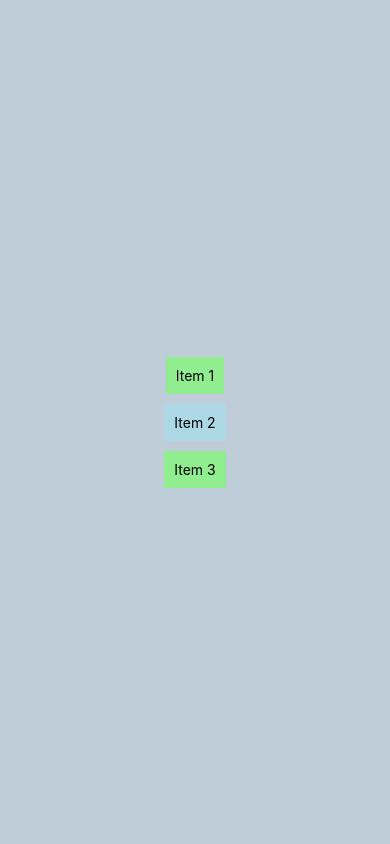
Repository: Deyvid-Kasteh/LotofacilApp
Screen: /
An editor plug-in stored every save of this project. The screen is shown before and after a run of saves, followed by the edit.
The app was drawn by React Native's web renderer in a window 390 px wide. The project was rebuilt for these pictures with package versions that can differ from the ones it lists, and the page was loaded fresh each time.

Above is the screen before, as saved 2023-11-27 07:33:30.

### App.js
import { StatusBar } from 'expo-status-bar';
import { Text, View } from 'react-native';
import MainPage from './pages/MainPage';

export default function App() {
  return (
    <MainPage/>
  );
}

### pages/MainPage.js
import { View, Text } from 'react-native'
import React from 'react'
import { StatusBar } from "expo-status-bar";
import Resultado from '../components/Resultado';
import PaginaTesteee from '../paginaTESTE';

const MainPage = () => {
  return (
    <View
      style={{
        flex: 1,
        alignItems: "center",
        justifyContent: "center",
        backgroundColor: "#BFCDD9",
        // backgroundColor: "#E9ECF2",
      }}
    >
      <StatusBar style="auto" />
      {/* <Text>Lotofácil</Text> */}
      {/* <Resultado /> */}
      <PaginaTesteee/>
    </View>
  );
}

export default MainPage

### paginaTESTE.js
import React, { useState } from 'react';
import { View, TouchableOpacity, Text, StyleSheet } from 'react-native';

const PaginaTesteee = () => {
  const [viewHeight, setViewHeight] = useState(50);

  const toggleHeight = () => {
    const newHeight = viewHeight === 50 ? 200 : 50;
    setViewHeight(newHeight);
  };

  const renderText = () => {
    if (viewHeight === 50) {
      return <Text>Texto de 1 linha</Text>;
    } else {
      return (
        <Text>
          Texto de 6 linhas
          {"\n"}Linha 2{"\n"}Linha 3{"\n"}Linha 4{"\n"}Linha 5{"\n"}Linha 6
        </Text>
      );
    }
  };



const data = [
  { id: 1, value: "Item 1" },
  { id: 2, value: "Item 2" },
  { id: 3, value: "Item 3" },
  // ... mais objetos de dados
];

return (
  <View style={styles.container}>
    {data.map((item) => {
      let dynamicStyle = {};
      if (item.id % 2 === 0) {
        dynamicStyle.backgroundColor = "lightblue";
      } else {
        dynamicStyle.backgroundColor = "lightgreen";
      }

      return (
        <View key={item.id} style={[styles.item, dynamicStyle]}>
          <Text>{item.value}</Text>
        </View>
      );
    })}
  </View>
);

  // return (
  //   <View style={styles.container}>
  //     {/* A View cuja altura queremos modificar */}
  //     <View style={[styles.box, { height: viewHeight }]}>{renderText()}</View>

  //     {/* Botão fixo na parte inferior da tela */}
  //     <TouchableOpacity style={styles.button} onPress={toggleHeight}>
  //       <Text>Toggle Altura</Text>
  //     </TouchableOpacity>
  //   </View>
  // );
};

// const styles = StyleSheet.create({
//   container: {
//     flex: 1,
//     justifyContent: "flex-end", // Alinha a View na parte inferior da tela
//     alignItems: "center",
//   },
//   box: {
//     width: 300,
//     backgroundColor: "blue",
//     padding: 10, // Adiciona algum espaço interno para o texto
//   },
//   button: {
//     marginTop: 20,
//     padding: 10,
//     backgroundColor: "green",
//   },
// });

const styles = StyleSheet.create({
  container: {
    flex: 1,
    justifyContent: "center",
    alignItems: "center",
  },
  item: {
    padding: 10,
    margin: 5,
  },
});








export default PaginaTesteee;

### components/Resultado.js
import { View, Text, TouchableOpacity } from "react-native";
import React, { useState } from "react";
import Bubble from "./Bubble";
import latestJson from "../Latest.json";

const Resultado = () => {
  const [viewHeight, setViewHeight] = useState(50);
  const toggleHeight = () => {
    const newHeight = viewHeight === 50 ? 200 : 50;
    setViewHeight(newHeight);
    console.log("mudou");
  };

  const dezenas = latestJson.Dezenas;
  const dezenasParaEscolher = [
    1, 2, 3, 4, 5, 6, 7, 8, 9, 10, 11, 12, 13, 14, 15, 16, 17, 18, 19, 20, 21,
    22, 23, 24, 25,
  ];

  const changeStyle = () => {
    console.log(latestJson.Dezenas);
  };

  const renderFazerJogo = () => {
    if (viewHeight === 50) {
    } else {
      return (
        <View
          style={{
            flexWrap: "wrap",
            flexDirection: "row",
            alignContent: "center",
            justifyContent: "space-evenly",
          }}
        >
          {dezenasParaEscolher.map((numero, index) => {







            <TouchableOpacity key={index} onPress={() => {}}>
              <Bubble numero={numero} />
            </TouchableOpacity>;
          })}
        </View>
      );
    }
  };

  return (
    <View
      style={{
        flex: 1,
        justifyContent: "center",
        alignItems: "center",
      }}
    >
      <View
        style={{
          width: 300,
          height: 50,
          borderRadius: 50,
          alignItems: "center",
          justifyContent: "center",
          elevation: 2,
          backgroundColor: "#687B8C",
          marginBottom: 10,
        }}
      >
        <Text
          style={{
            color: "#E9ECF2",
            // color: "#394A59",
            fontSize: 27,
          }}
        >
          LOTOFÁCIL
        </Text>
      </View>
      <View
        style={{
          width: 300,
          height: 230,
          padding: 10,
          borderRadius: 50,
          // flexWrap: "wrap",
          // flexDirection: "row",
          // alignContent: "center",
          // justifyContent: "flex-start",
          alignItems: "center",
          elevation: 2,
          // backgroundColor: "#95ACBF",
          // backgroundColor: "#E9ECF2",
          // backgroundColor: "#394A59",
          backgroundColor: "#687B8C",
          // backgroundColor: "#BFCDD9",
          marginBottom: 10,
        }}
      >
        <TouchableOpacity
          style={{
            width: 240,
            backgroundColor: "#394A59",
            backgroundColor: "#687B8C",
            backgroundColor: "#E9ECF2",

            elevation: 5,
            // alignContent: "center",
            justifyContent: "center",
            alignItems: "center",

            padding: 10,
            borderRadius: 20,
            marginBottom: 5,
          }}
          onPress={() => changeStyle()}
        >
          <Text
            style={{
              color: "#E9ECF2",
              color: "#394A59",

              fontSize: 20,
            }}
          >
            Último Sorteio
          </Text>
        </TouchableOpacity>
        <View
          style={{
            flexWrap: "wrap",
            flexDirection: "row",
            alignContent: "center",
            justifyContent: "space-evenly",
          }}
        >
          {dezenas.map((numero, index) => (
            <Bubble key={index} numero={numero} />
          ))}
        </View>
      </View>

      {/* SEPARAÇÃO */}
      {/* SEPARAÇÃO */}
      <View
        style={[
          {
            width: 300,
            // height: 320,
            padding: 10,
            borderRadius: 50,

            alignItems: "center",
            elevation: 2,
            // backgroundColor: "#95ACBF",
            // backgroundColor: "#E9ECF2",
            // backgroundColor: "#394A59",
            backgroundColor: "#687B8C",
            // backgroundColor: "#BFCDD9",
          },
          viewHeight === 50
            ? { width: 250, backgroundColor: "#E9ECF2" }
            : { width: 300, backgroundColor: "#687B8C" },
        ]}
      >
        <TouchableOpacity
          style={[
            {
              width: 240,
              backgroundColor: "#394A59",
              backgroundColor: "#687B8C",
              backgroundColor: "#E9ECF2",
              elevation: 5,
              justifyContent: "center",
              alignItems: "center",
              padding: 10,
              borderRadius: 20,
            },
            viewHeight === 50
              ? { width: 190, backgroundColor: "#BFCDD9" }
              : { width: 240, backgroundColor: "#E9ECF2" },
          ]}
          onPress={() => toggleHeight()}
        >
          <Text
            style={[
              {
                fontSize: 20,
              },
              viewHeight === 50 ? { color: "#687B8C" } : { color: "#394A59" },
            ]}
          >
            Fazer um Jogo
          </Text>
        </TouchableOpacity>
        {renderFazerJogo()}
      </View>

      {/* <View
        style={{
          width: 250,
          height: 70,
          // padding: 10,
          borderRadius: 50,
          marginTop: 10,
          alignContent: "center",
          justifyContent: "center",
          justifyContent: "space-around",
          alignItems: "center",
          elevation: 2,
          // backgroundColor: "#95ACBF",
          backgroundColor: "#E9ECF2",
          // backgroundColor: "#394A59",
          // backgroundColor: "#687B8C",
          // backgroundColor: "#BFCDD9",
          // backgroundColor: "#687B8C",
        }}
      >
        <TouchableOpacity
          style={{
            width: 190,
            backgroundColor: "#394A59",
            // backgroundColor: "#687B8C",
            // backgroundColor: "#E9ECF2",
            backgroundColor: "#95ACBF",
            backgroundColor: "#BFCDD9",

            // elevation: 2,
            alignContent: "center",
            justifyContent: "center",
            alignItems: "center",
            padding: 10,
            borderRadius: 20,
          }}
          onPress={() => changeStyle()}
        >
          <Text
            style={{
              color: "#E9ECF2",
              color: "#394A59",
              color: "#687B8C",

              fontSize: 20,
            }}
          >
            Estatisticas
          </Text>
        </TouchableOpacity>
      </View> */}
      {/* <View
        style={{
          width: 250,
          height: 70,
          // padding: 10,
          borderRadius: 50,
          marginTop: 10,
          alignContent: "center",
          justifyContent: "center",
          justifyContent: "space-around",
          alignItems: "center",
          elevation: 2,
          // backgroundColor: "#95ACBF",
          backgroundColor: "#E9ECF2",
          // backgroundColor: "#394A59",
          // backgroundColor: "#687B8C",
          // backgroundColor: "#BFCDD9",
          // backgroundColor: "#687B8C",
        }}
      >
        <TouchableOpacity
          style={{
            width: 190,
            backgroundColor: "#394A59",
            // backgroundColor: "#687B8C",
            // backgroundColor: "#E9ECF2",
            backgroundColor: "#95ACBF",
            backgroundColor: "#BFCDD9",

            // elevation: 2,
            alignContent: "center",
            justifyContent: "center",
            alignItems: "center",
            padding: 10,
            borderRadius: 20,
          }}
          onPress={() => changeStyle()}
        >
          <Text
            style={{
              color: "#E9ECF2",
              color: "#394A59",
              color: "#687B8C",

              fontSize: 20,
            }}
          >
            Conferir resultado
          </Text>
        </TouchableOpacity>
      </View> */}
    </View>
  );
};

export default Resultado;

### components/Bubble.js
import { View, Text } from "react-native";
import React from "react";

const Bubble = (props) => {
  return (
    <View
      style={{
        width: 35,
        height: 35,
        backgroundColor: "#394A59",
        // backgroundColor: "#687B8C",

        borderRadius: 50,
        alignContent: "center",
        justifyContent: "center",
        alignItems: "center",
        margin: 6,
        // elevation: 5,
        opacity: 1,
      }}
    >
      <Text
        style={{
          color: "#E9ECF2",
          fontSize: 18,
        }}
      >
        {props.numero}
      </Text>
    </View>
  );
};

export default Bubble;

### Latest.json
{
  "concurso": 2960,
  "Data Sorteio": "22/11/2023",
  "Dezenas": [
    1,
    2,
    3,
    4,
    5,
    8,
    9,
    11,
    12,
    15,
    16,
    19,
    20,
    23,
    25
  ],
  "Ganhadores 15 acertos": 3,
  "Cidade / UF": "BRASILIA/DF; JARAGUA/GO; IPATINGA/MG",
  "Premio 15 Acertos": "R$1.639.439,24",
  "Ganhadores 14 Acertos": 433,
  "Premio 14 Acertos": "R$1.732,84",
  "Ganhadores 13 Acertos": 13831,
  "Premio 13 Acertos": "R$30,00",
  "Ganhadores 12 Acertos": 163567,
  "Premio 12 Acertos": "R$12,00",
  "Ganhadores 11 Acertos": 882304,
  "Premio 11 Acertos": "R$6,00"
}

After the next 2 saves:
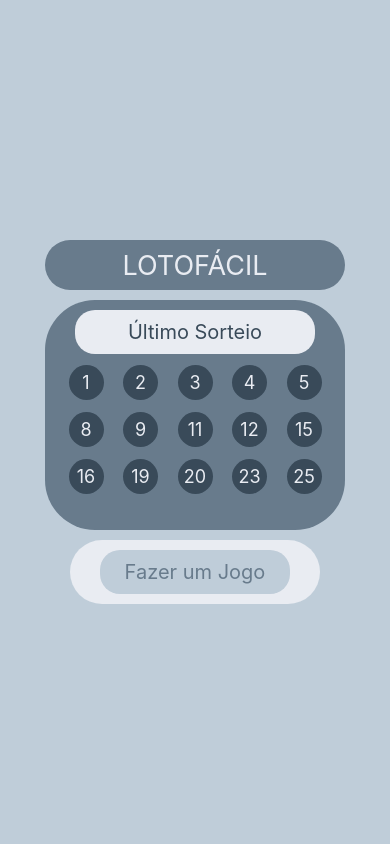
The 2 saves are shown as one change because they came seconds apart.
The last was saved 6 s later.
--- a/pages/MainPage.js
+++ b/pages/MainPage.js
@@ -17,8 +17,8 @@
     >
       <StatusBar style="auto" />
       {/* <Text>Lotofácil</Text> */}
-      {/* <Resultado /> */}
-      <PaginaTesteee/>
+      <Resultado />
+      {/* <PaginaTesteee/> */}
     </View>
   );
 }
